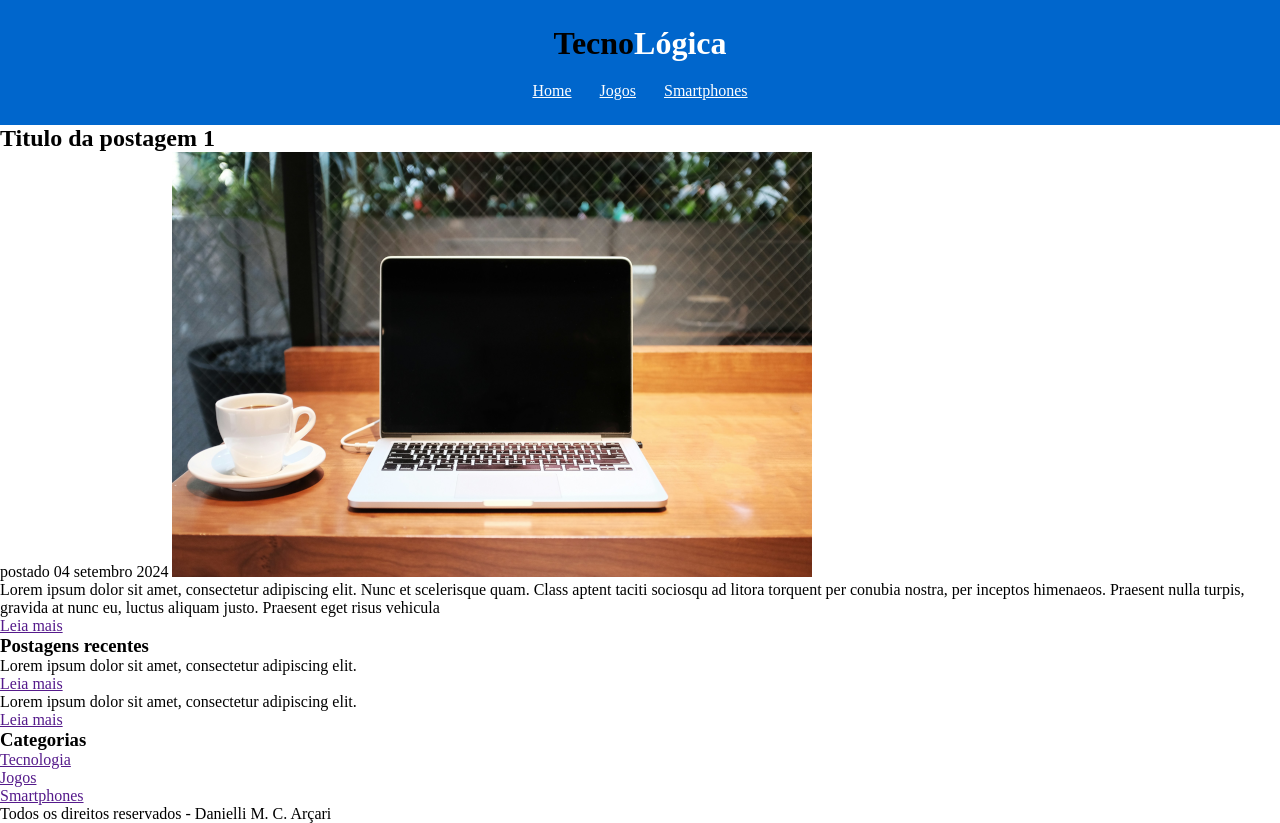
Repository: danielli-arcari/blog-html-css
Page: index.html
An editor plug-in stored every save of this project. The page is shown before and after the next save, followed by the edit.
The browser window is 1280 px wide. The pictures show the whole page.

Above is the page before, as saved 2026-03-10 16:21:06.

After the next save:
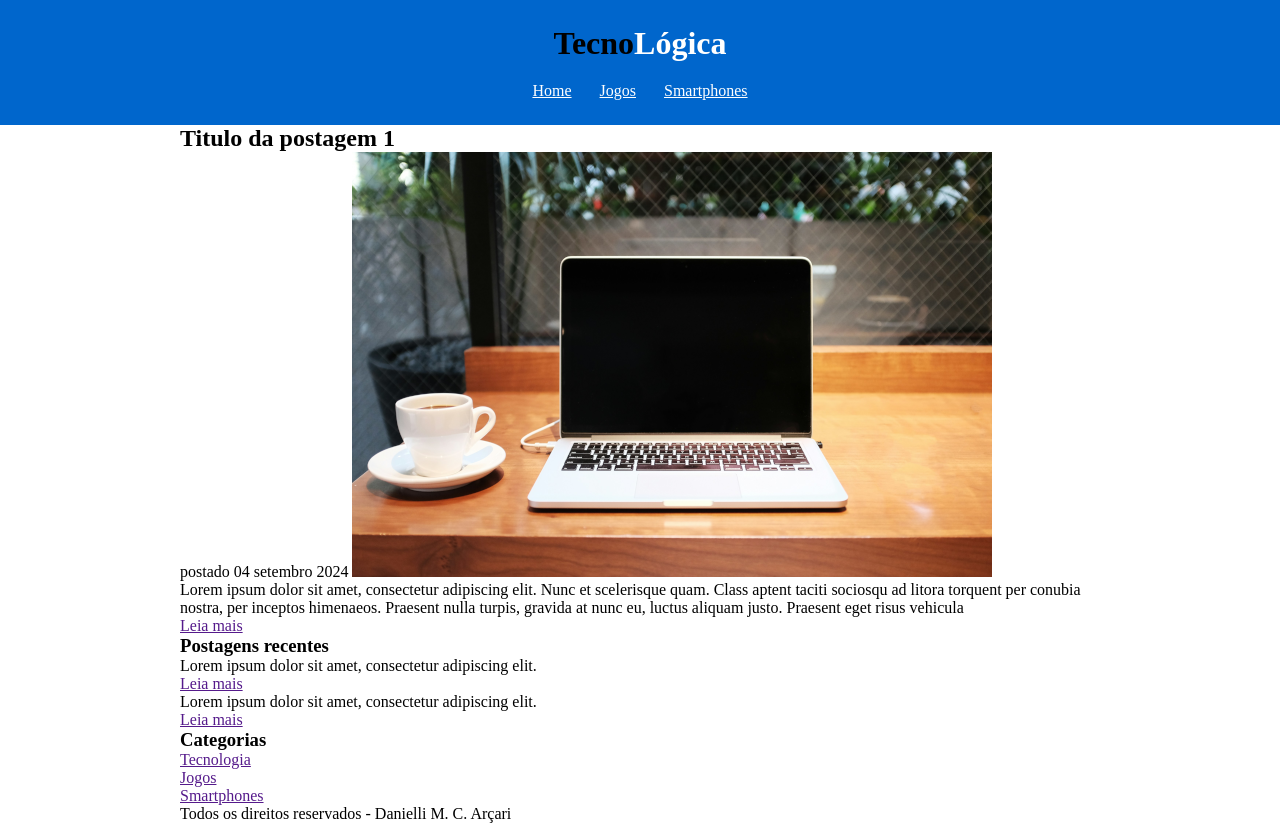
Saved 7 min 11 s later.
--- a/css/style.css
+++ b/css/style.css
@@ -31,3 +31,11 @@
 .white{
     color: #FFFFFF;
 }
+
+/*
+***conteúdo***
+*/
+#content{
+    width: 920px;
+    margin: 0 auto;
+}
